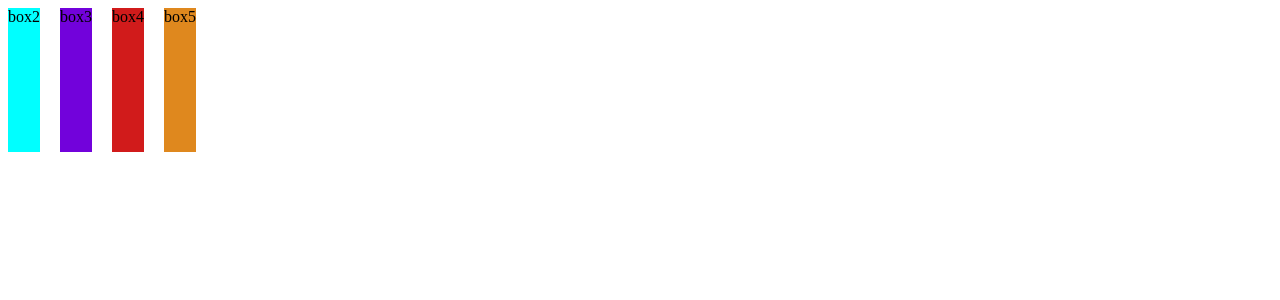
Repository: ABDUSALIMSUBAHIELBASHI/full-html-css-js
Page: Desktop/coding/css/indexday2.html
The author's editor kept a copy of each file at every save. The page is drawn from the files as they stood at one save, then again after the next save.
The browser window is 1280 px wide. The pictures show the whole page.

Above is the page before, as saved 2025-09-16 10:35:38.

### Desktop/coding/css/indexday2.html
<!DOCTYPE html>
<html lang="en">

<head>
    <meta charset="UTF-8">
    <meta name="viewport" content="width=device-width, initial-scale=1.0">
    <link rel="stylesheet" href="indexday2.css">

    <title>Document</title>
</head>

<body>
<div id="box" class="container">


    <div id="box2" class="box2">box2</div>
    <div id="box3" class="box3">box3</div>
    <div id="box4" class="box4">box4</div>
    <div id="box5" class="box5">box5</div>
</div>
</body>

</html>

### Desktop/coding/css/indexday2.css
.container{
    display: flex;
    width: 120px;
    gap: 20px;
    height: 20px;
    justify-content:space-evenly;
    justify-items: center;
}
#box{
    width: 120px;
    height: 20vh;
}
.box2{
    background-color: rgb(0, 255, 255);
}
.box3{
    background-color: rgb(114, 2, 219);
}
.box4{
    background-color: #d11b1b;
}
.box5{
    background-color: rgb(223, 136, 30);
}

After the next save:
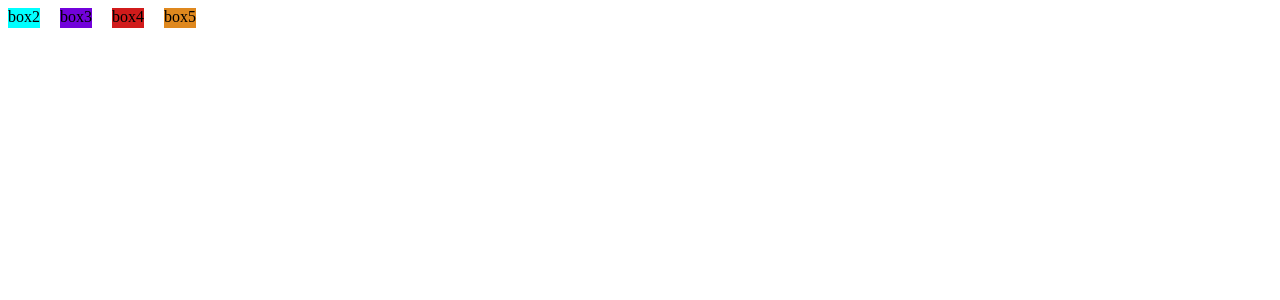
Saved 24 s later.
--- a/Desktop/coding/css/indexday2.css
+++ b/Desktop/coding/css/indexday2.css
@@ -8,7 +8,7 @@
 }
 #box{
     width: 120px;
-    height: 20vh;
+    height: 20px;
 }
 .box2{
     background-color: rgb(0, 255, 255);
